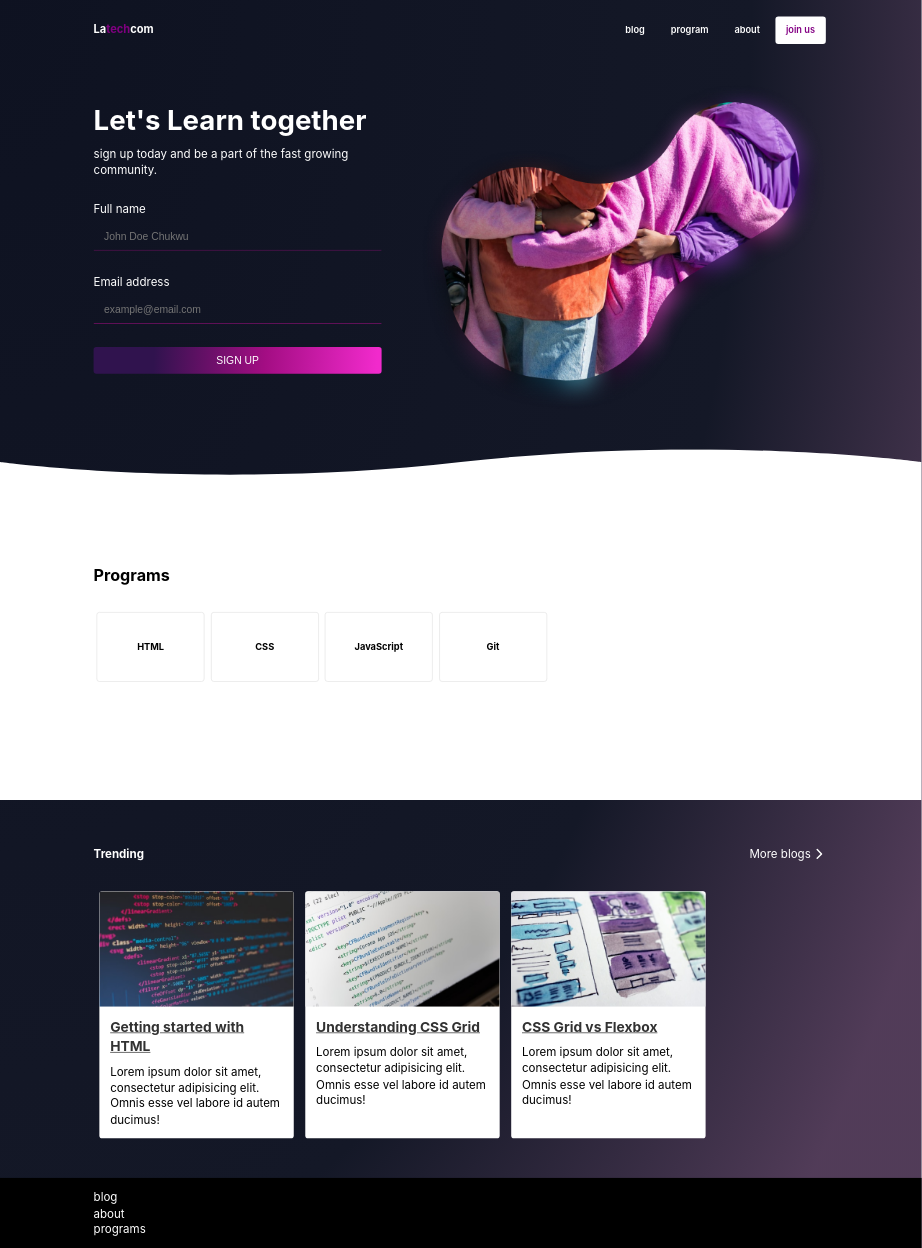
Repository: giprim/community
Page: /
These files come from the project's save history. The page is drawn as it stood at one moment and after the next save; the edit follows.
The browser window is 1280 px wide. The pictures show the whole page, at 72% of full size.
The project was rebuilt for these pictures with package versions that can differ from the ones it lists, and the page was loaded fresh each time. Also part of the build but not shown: src/App.css.

Above is the page before, as saved 2020-10-25 23:16:47.

After the next save:
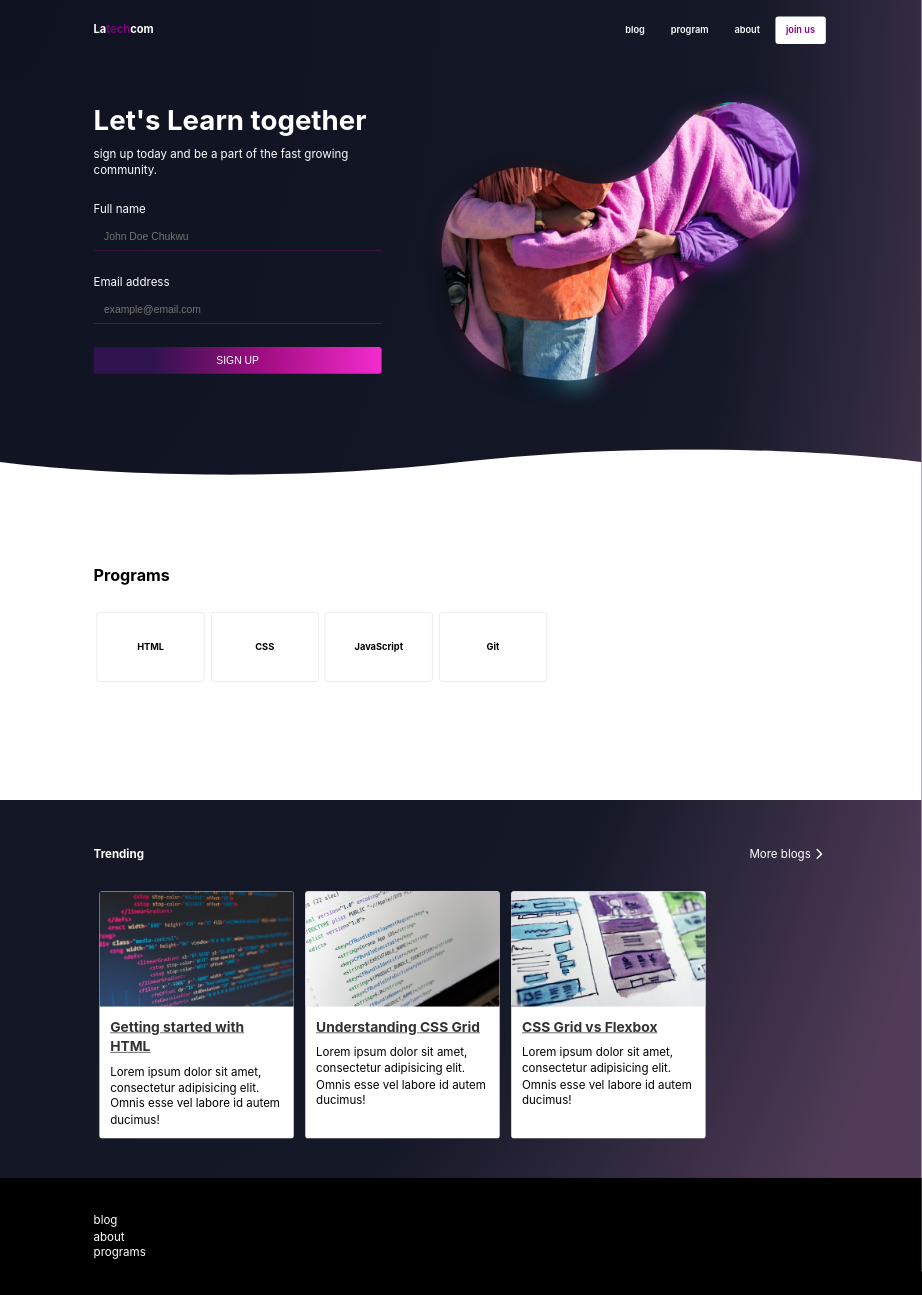
Saved 26 s later.
--- a/src/components/Footer.tsx
+++ b/src/components/Footer.tsx
@@ -29,7 +29,7 @@ export default Footer;
 
 const StyledFooter = styled('div')`
   background: black;
-
+  padding: 2em 0;
   * {
     color: white;
   }
